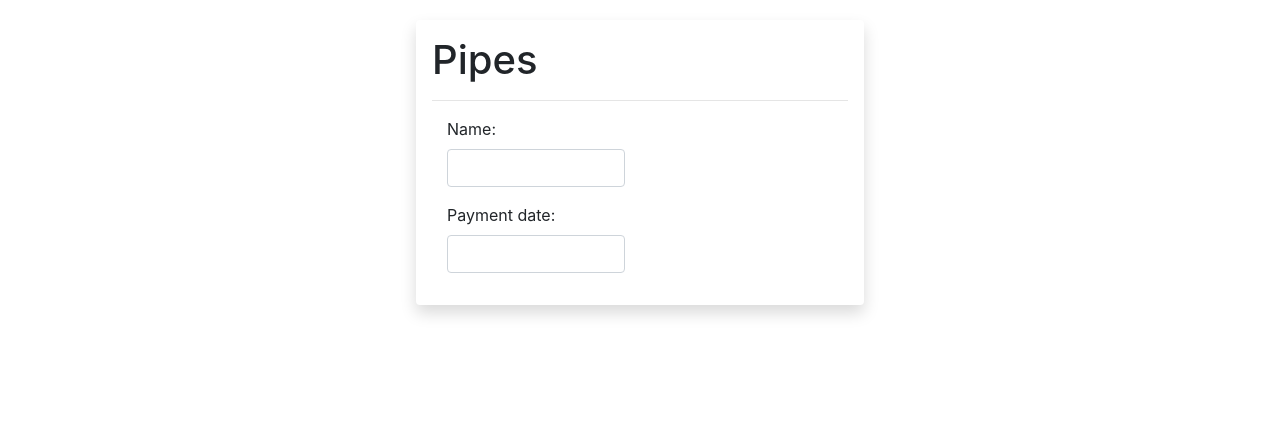
Repository: Evincars/udemy-angular
Page: / (app in pipes/)
These files come from the project's save history. The page is drawn as it stood at one moment and after the next save; the edit follows.
The browser window is 1280 px wide. The pictures show the whole page.
The project was rebuilt for these pictures with package versions that can differ from the ones it lists, and the page was loaded fresh each time. Also part of the build but not shown: pipes/angular.json.

Above is the page before, as saved 2020-04-05 10:08:20.

After the next save:
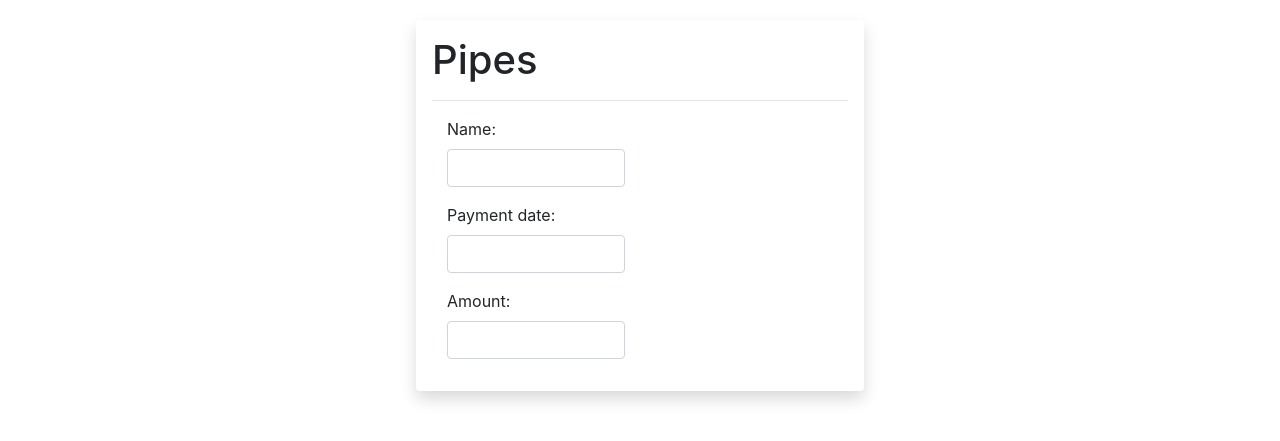
Saved 5 min 2 s later.
--- a/pipes/src/app/app.component.html
+++ b/pipes/src/app/app.component.html
@@ -11,6 +11,10 @@
         <label>Payment date:</label>
         <input type="text" class="form-control" />
       </div>
+      <div class="form-group">
+        <label>Amount:</label>
+        <input type="text" class="form-control" />
+      </div>
     </form>
   </div>
   <div class="col-md-6">
